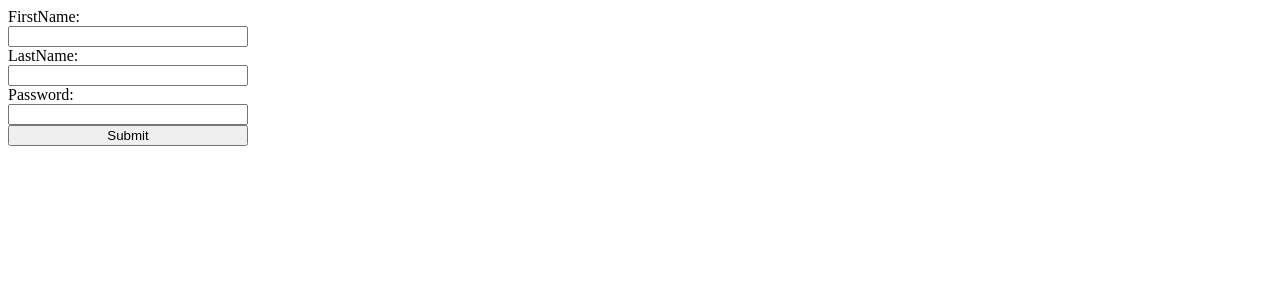
Repository: Vijay-aura/Wicket
Page: wicket-practice/src/main/java/com/form/InputFieldsPage.html
The author's editor kept a copy of each file at every save. The page is drawn from the files as they stood at one save, then again after the next save.
The browser window is 1280 px wide. The pictures show the whole page.

Above is the page before, as saved 2024-03-04 12:48:08.

### wicket-practice/src/main/java/com/form/InputFieldsPage.html
<!DOCTYPE html>
<html xmlns="http://www.w3.org/1999/xhtml"
	xmlns:wicket=http://wicket.apache.org/dtds.data/wicket-xhtml1.4-strict.dtd>
<head>
<meta charset="ISO-8859-1">
<title>Insert title here</title>
<wicket:head>
	<style>
.form {
	display: flex;
	flex-direction: column;
	width:15rem;
}
</style>
</wicket:head>
</head>
<body>
	<form wicket:id="form" class="form">
		FirstName: <input type="text" wicket:id="firstName"> LastName:
		<input type="text" wicket:id="lastName">
		Password: <input type="password" wicket:id="password">
		<button wicket:id="button">Submit</button>
	</form>
	<div wicket:id="detailsContainer">
		<span wicket:id="details"></span>
	</div>

</body>
</html>

After the next save:
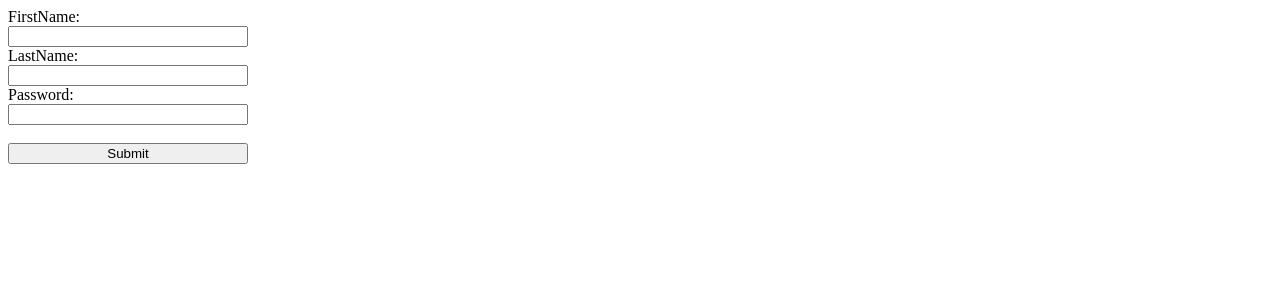
Saved 11 s later.
--- a/wicket-practice/src/main/java/com/form/InputFieldsPage.html
+++ b/wicket-practice/src/main/java/com/form/InputFieldsPage.html
@@ -19,7 +19,7 @@
 		FirstName: <input type="text" wicket:id="firstName"> LastName:
 		<input type="text" wicket:id="lastName">
 		Password: <input type="password" wicket:id="password">
-		<button wicket:id="button">Submit</button>
+		<br><button wicket:id="button">Submit</button>
 	</form>
 	<div wicket:id="detailsContainer">
 		<span wicket:id="details"></span>
